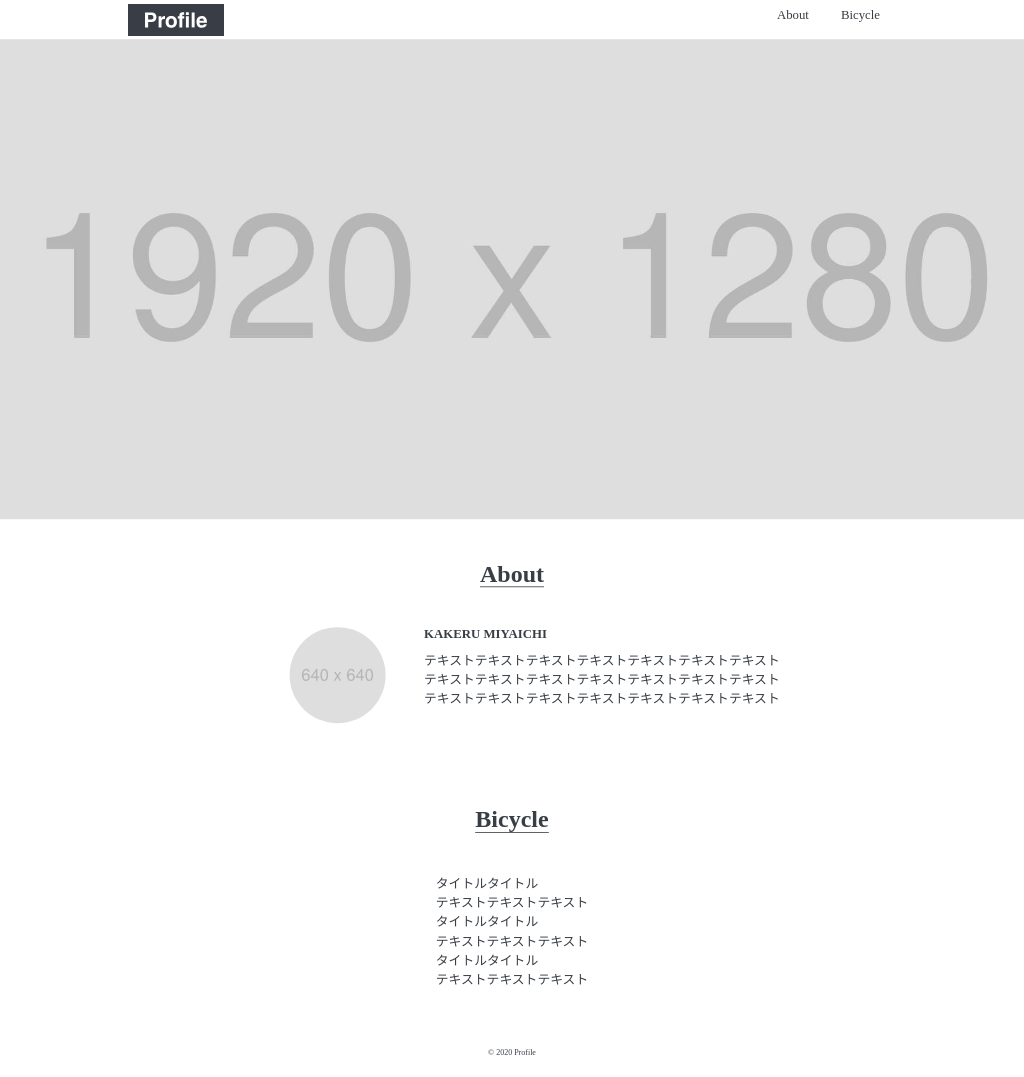
Repository: n19880405nick/challenge
Page: Codestep/Profile/profile.html
The author's editor kept a record of every edit. The page is drawn from the files as they stood at one moment, then again after the next edit.
The browser window is 1280 px wide. The pictures show the whole page, at 80% of full size.

Above is the page before.

After the next edit:
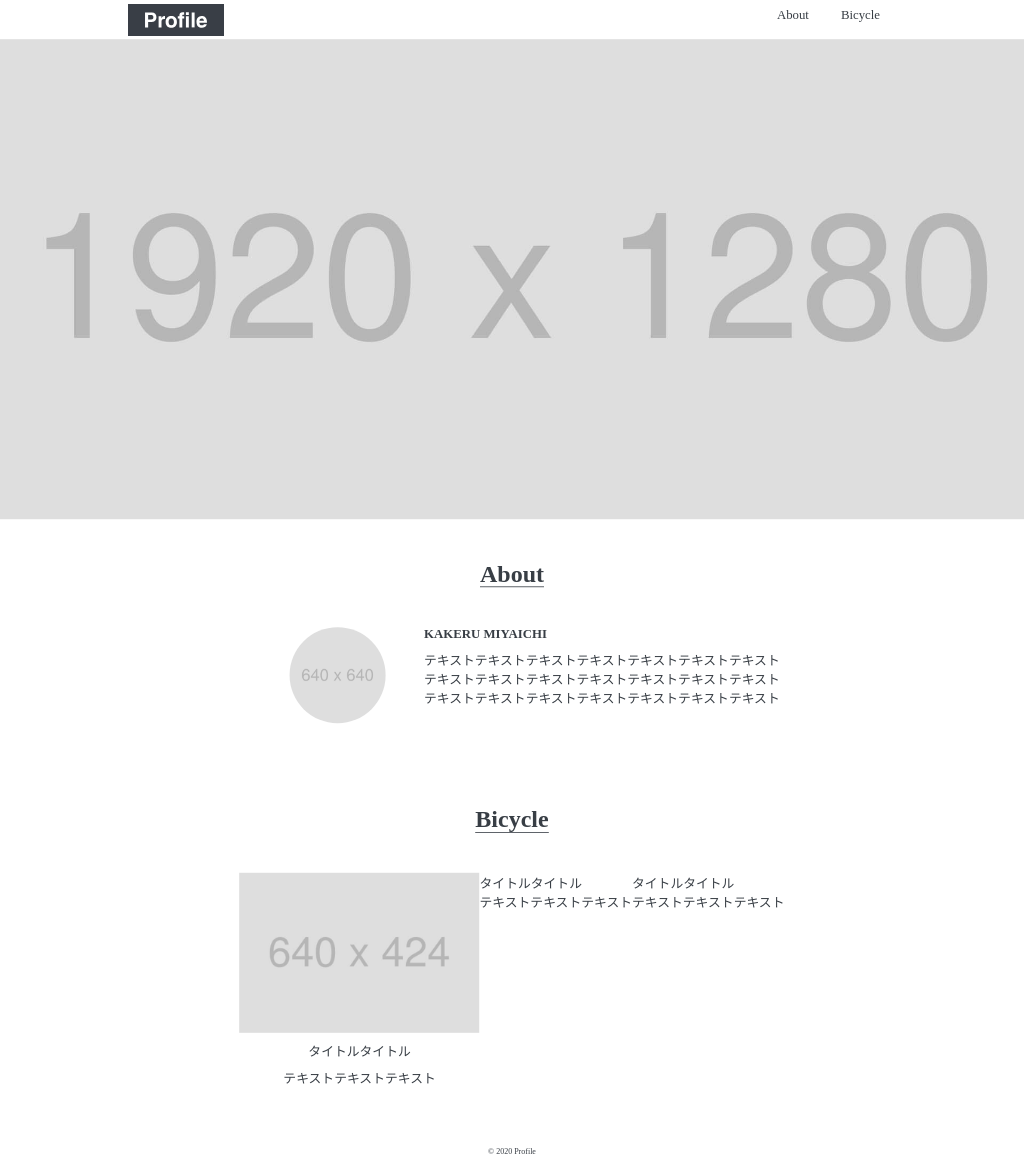
The edit:
--- a/Codestep/Profile/profile.html
+++ b/Codestep/Profile/profile.html
@@ -44,11 +44,11 @@
           <div class="title">
             <span class="title-text"><strong>Bicycle</strong></span>
           </div>
-          <div class="bycycle-contents">
-            <div class="bycycle-content">
-              <div class="bycycle-image"></div>
-              <span class="bycycle-title">タイトルタイトル</span>
-              <p class="bycycle-text">テキストテキストテキスト</p>
+          <div class="bicycle-contents">
+            <div class="bicycle-content">
+              <div class="bicycle-image"></div>
+              <span class="bicycle-title">タイトルタイトル</span>
+              <p class="bicycle-text">テキストテキストテキスト</p>
             </div>
             <div class="bycycle-content">
               <div class="bycycle-image"></div>
